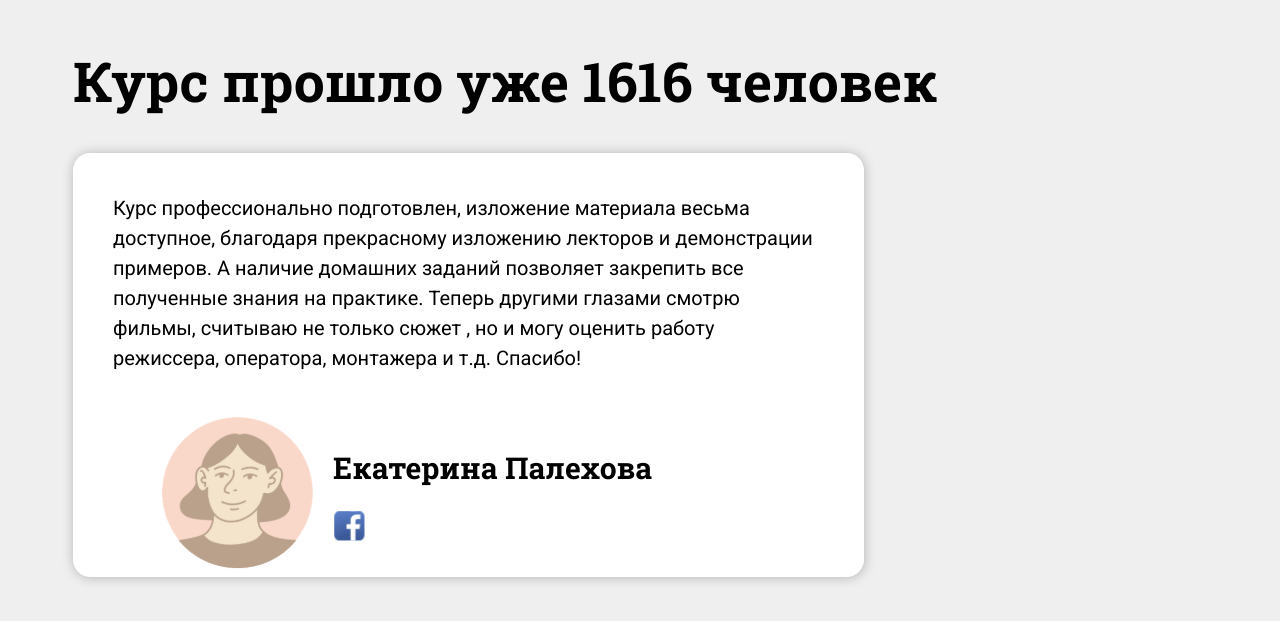
Repository: Solf555/task1
Page: index.html
The author's editor kept a copy of each file at every save. The page is drawn from the files as they stood at one save, then again after the next save.
The browser window is 1280 px wide. The pictures show the whole page.

Above is the page before, as saved 2023-12-16 13:24:44.

### index.html
<!DOCTYPE html>
<html lang="en">
  <head>
    <meta charset="UTF-8" />
    <meta name="viewport" content="width=device-width, initial-scale=1.0" />
    <title>Document</title>
    <link rel="stylesheet" href="index.css" />
  </head>
  <body>
    <div class="parent-element">
      <h1>Курс прошло уже 1616 человек</h1>
      <div class="card">
        <p class="text1">
          Курс профессионально подготовлен, изложение материала весьма
          доступное, благодаря прекрасному изложению лекторов и демонстрации
          примеров. А наличие домашних заданий позволяет закрепить все
          полученные знания на практике. Теперь другими глазами смотрю фильмы,
          считываю не только сюжет , но и могу оценить работу режиссера,
          оператора, монтажера и т.д. Спасибо!
        </p>
        <div class="card2">
          <img class="girl" src="images/1 9 (1).svg" alt="" />
          <div class="card3">
            <h2>Екатерина Палехова</h2>
            <img class="fb-image" src="./images/fb_2 1.svg" alt="" />
          </div>
        </div>
      </div>
    </div>
  </body>
</html>

### index.css
@import url("https://fonts.googleapis.com/css2?family=Roboto&family=Roboto+Slab:wght@700&display=swap");
* {
  margin: 0px;
  padding: 0px;
  box-sizing: border-box;
}

.parent-element {
  background-color: #efefef;
  padding: 53px 0px 65px 73px;
  min-height: 100vh;
}
h1 {
  color: #000;
  font-family: Roboto Slab;
  font-size: 32px;
  font-style: normal;
  font-weight: 700;
  line-height: 101.385%;
  margin-bottom: 44px;
}
.card {
  padding: 40px 46px 0 40px;
  border-radius: 17.375px;
  background: #fff;
  box-shadow: 0.579px 0.579px 11.583px 0px rgba(0, 0, 0, 0.25);
  width: 791px;
}
h1 {
  color: #000;
  font-family: Roboto Slab;
  font-size: 55px;
  font-style: normal;
  font-weight: 700;
  line-height: 101.385%; /* 55.762px */
}
.text1 {
  color: #000;
  font-family: Roboto;
  font-size: 20px;
  font-style: normal;
  font-weight: 400;
  line-height: 150%; /* 30px */
  margin-bottom: 35px;
}

.fb-image {
  width: 32px;
  height: 31px;
}
.girl {
  padding-left: 30px;
}

h2 {
  color: #000;
  font-family: Roboto Slab;
  font-size: 30px;
  font-style: normal;
  font-weight: 700;
  line-height: 101.385%; /* 30.415px */
  padding-top: 45px;
  padding-bottom: 28px;
}

.card2 {
  display: flex;
}

After the next save:
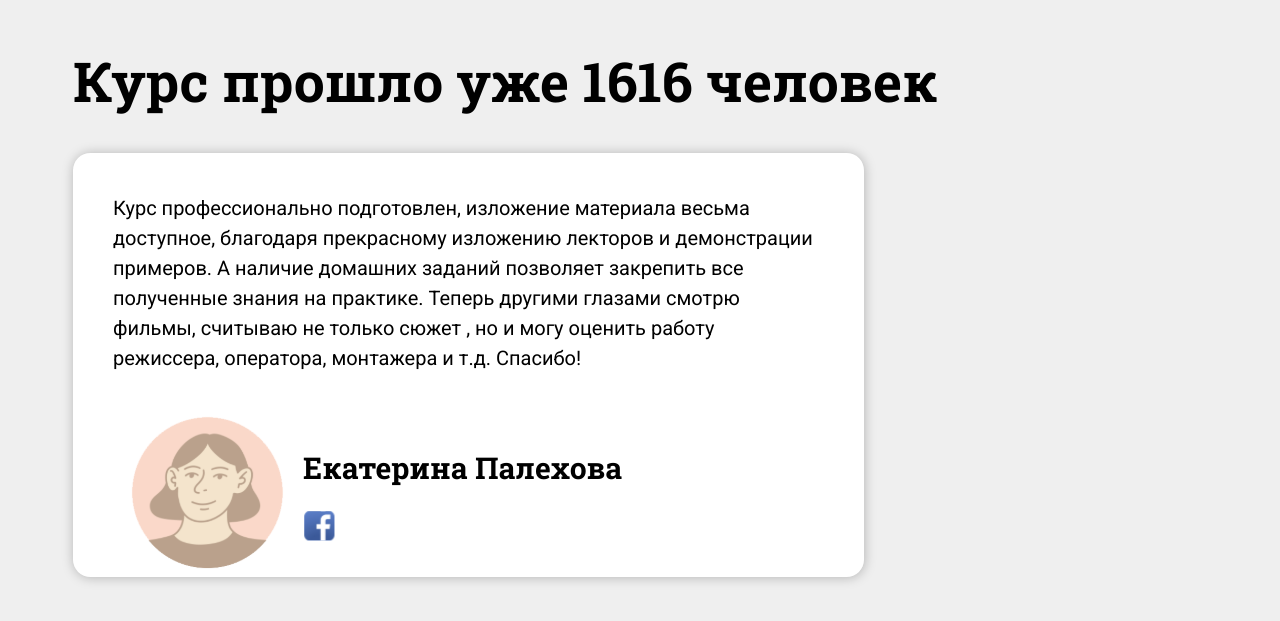
Saved 12 s later.
--- a/index.html
+++ b/index.html
@@ -19,7 +19,7 @@
           оператора, монтажера и т.д. Спасибо!
         </p>
         <div class="card2">
-          <img class="girl" src="images/1 9 (1).svg" alt="" />
+          <img class="person" src="images/1 9 (1).svg" alt="" />
           <div class="card3">
             <h2>Екатерина Палехова</h2>
             <img class="fb-image" src="./images/fb_2 1.svg" alt="" />

After the 3 saves that followed:
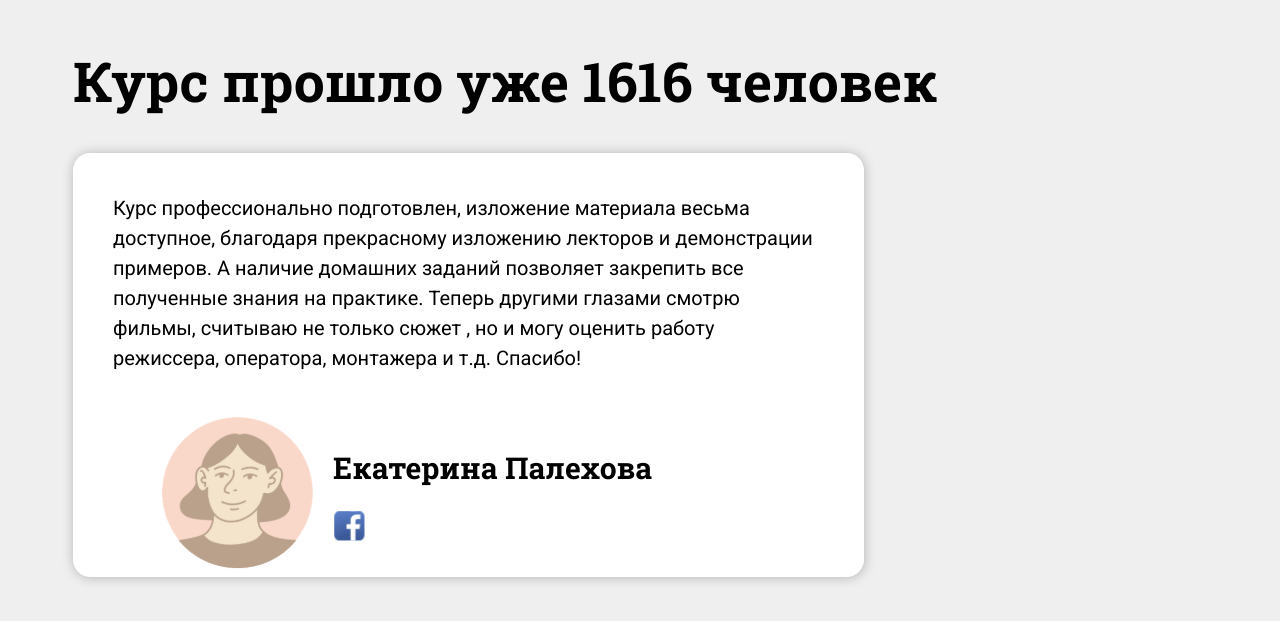
The 3 saves are shown as one change because 2 left the picture as it was.
The last was saved 13 s later.
--- a/index.html
+++ b/index.html
@@ -19,7 +19,7 @@
           оператора, монтажера и т.д. Спасибо!
         </p>
         <div class="card2">
-          <img class="person" src="images/1 9 (1).svg" alt="" />
+          <img class="person-image" src="images/1 9 (1).svg" alt="" />
           <div class="card3">
             <h2>Екатерина Палехова</h2>
             <img class="fb-image" src="./images/fb_2 1.svg" alt="" />
--- a/index.css
+++ b/index.css
@@ -48,7 +48,7 @@ h1 {
   width: 32px;
   height: 31px;
 }
-.girl {
+.person-image {
   padding-left: 30px;
 }
 
